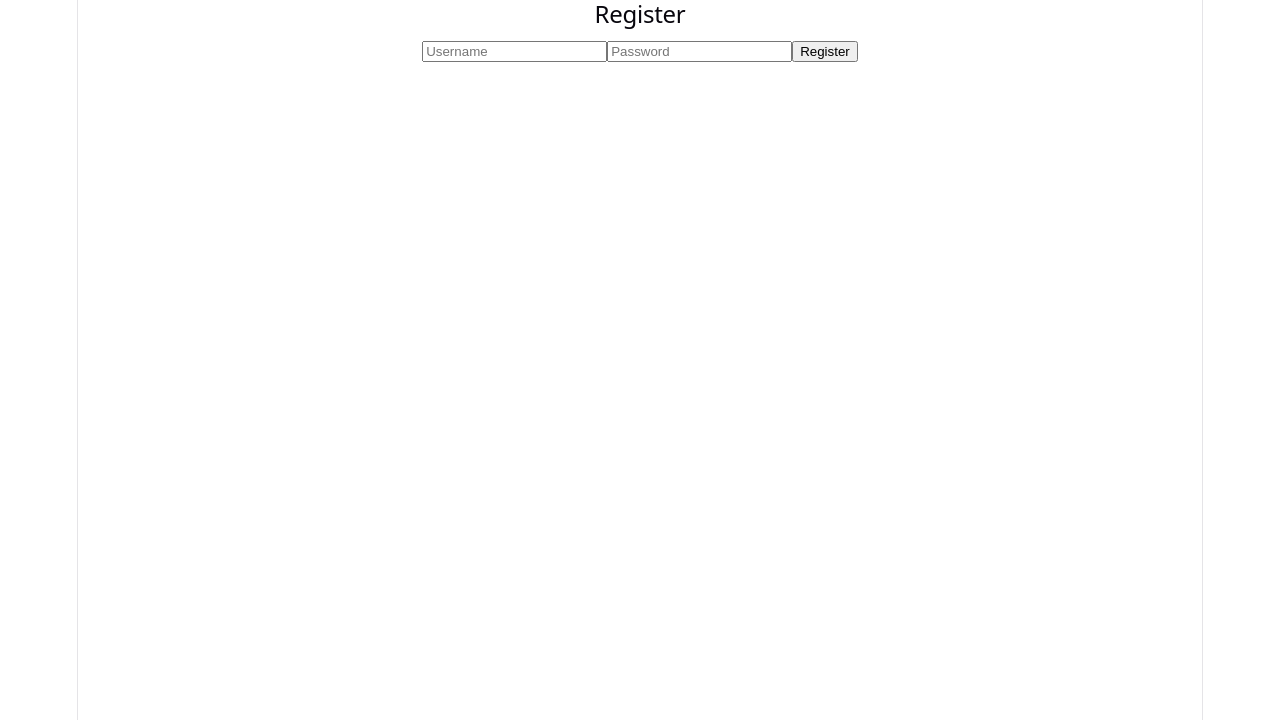
Repository: Abhiraju-RK/Business-full
Page: / (app in frondend/)
These files come from the project's save history. The page is drawn as it stood at one moment and after the next save; the edit follows.
The browser window is 1280 px wide. The pictures show the whole page.
The project was rebuilt for these pictures with package versions that can differ from the ones it lists, and the page was loaded fresh each time. Also part of the build but not shown: frondend/vite.config.js, frondend/src/api/axios.js, frondend/src/pages/Dashboard.jsx, frondend/src/pages/Assets.jsx, frondend/src/pages/Login.jsx, frondend/src/pages/chatpage.jsx.

Above is the page before, as saved 2026-04-05 13:32:11.

### frondend/index.html
<!doctype html>
<html lang="en">
  <head>
    <meta charset="UTF-8" />
    <link rel="icon" type="image/svg+xml" href="/favicon.svg" />
    <meta name="viewport" content="width=device-width, initial-scale=1.0" />
    <title>frondend</title>
  </head>
  <body>
    <div id="root"></div>
    <script type="module" src="/src/main.jsx"></script>
  </body>
</html>

### frondend/src/index.css
:root {
  --text: #6b6375;
  --text-h: #08060d;
  --bg: #fff;
  --border: #e5e4e7;
  --code-bg: #f4f3ec;
  --accent: #aa3bff;
  --accent-bg: rgba(170, 59, 255, 0.1);
  --accent-border: rgba(170, 59, 255, 0.5);
  --social-bg: rgba(244, 243, 236, 0.5);
  --shadow:
    rgba(0, 0, 0, 0.1) 0 10px 15px -3px, rgba(0, 0, 0, 0.05) 0 4px 6px -2px;

  --sans: system-ui, 'Segoe UI', Roboto, sans-serif;
  --heading: system-ui, 'Segoe UI', Roboto, sans-serif;
  --mono: ui-monospace, Consolas, monospace;

  font: 18px/145% var(--sans);
  letter-spacing: 0.18px;
  color-scheme: light dark;
  color: var(--text);
  background: var(--bg);
  font-synthesis: none;
  text-rendering: optimizeLegibility;
  -webkit-font-smoothing: antialiased;
  -moz-osx-font-smoothing: grayscale;

  @media (max-width: 1024px) {
    font-size: 16px;
  }
}

@media (prefers-color-scheme: dark) {
  :root {
    --text: #9ca3af;
    --text-h: #f3f4f6;
    --bg: #16171d;
    --border: #2e303a;
    --code-bg: #1f2028;
    --accent: #c084fc;
    --accent-bg: rgba(192, 132, 252, 0.15);
    --accent-border: rgba(192, 132, 252, 0.5);
    --social-bg: rgba(47, 48, 58, 0.5);
    --shadow:
      rgba(0, 0, 0, 0.4) 0 10px 15px -3px, rgba(0, 0, 0, 0.25) 0 4px 6px -2px;
  }

  #social .button-icon {
    filter: invert(1) brightness(2);
  }
}

body {
  margin: 0;
}

#root {
  width: 1126px;
  max-width: 100%;
  margin: 0 auto;
  text-align: center;
  border-inline: 1px solid var(--border);
  min-height: 100svh;
  display: flex;
  flex-direction: column;
  box-sizing: border-box;
}

h1,
h2 {
  font-family: var(--heading);
  font-weight: 500;
  color: var(--text-h);
}

h1 {
  font-size: 56px;
  letter-spacing: -1.68px;
  margin: 32px 0;
  @media (max-width: 1024px) {
    font-size: 36px;
    margin: 20px 0;
  }
}
h2 {
  font-size: 24px;
  line-height: 118%;
  letter-spacing: -0.24px;
  margin: 0 0 8px;
  @media (max-width: 1024px) {
    font-size: 20px;
  }
}
p {
  margin: 0;
}

code,
.counter {
  font-family: var(--mono);
  display: inline-flex;
  border-radius: 4px;
  color: var(--text-h);
}

code {
  font-size: 15px;
  line-height: 135%;
  padding: 4px 8px;
  background: var(--code-bg);
}

### frondend/src/App.jsx
import { BrowserRouter, Routes, Route } from "react-router-dom";
import Dashboard from "./pages/Dashboard";
import Assets from "./pages/Assets";
import Register from "./pages/Register";
import Login from "./pages/Login";
import Chat from "./pages/chatpage";

export default function App() {
  return (
    <BrowserRouter>
      <Routes>
        <Route path="/" element={<Register />}/>
        <Route path="/login" element={<Login />} />
        <Route path="/dashboard" element={<Dashboard />} />
        <Route path="/assets" element={<Assets />} />
        <Route path="/chat" element={<Chat />} />
      </Routes>
    </BrowserRouter>
  );
}

### frondend/src/pages/Register.jsx
import { useState } from "react";
import axios from "axios";

export default function Register() {
  const [data, setData] = useState({
    username: "",
    password: ""
  });

 const register = async () => {
  try {
    await axios.post("http://127.0.0.1:8000/api/register/", data);
    alert("User created");
    window.location.href = "/login";   // 🔥 redirect
  } catch (err) {
    console.log(err);
    alert("Error");
  }
};

  return (
    <div>
      <h2>Register</h2>

      <input placeholder="Username" onChange={(e)=>setData({...data, username:e.target.value})}/>
      <input type="password" placeholder="Password" onChange={(e)=>setData({...data, password:e.target.value})}/>

      <button onClick={register}>Register</button>
    </div>
  );
}

Loaded but not shown: frondend/src/main.jsx (common file)

After the next save:
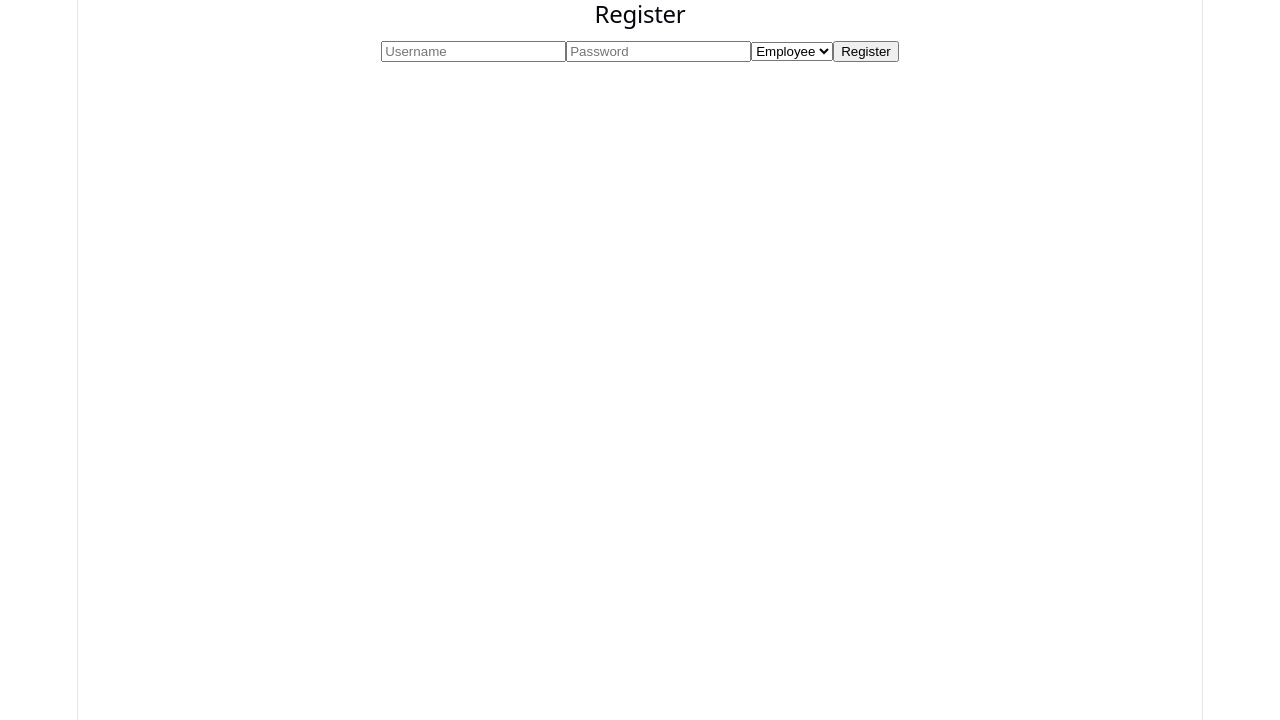
Saved 2 min 29 s later.
--- a/frondend/src/pages/Register.jsx
+++ b/frondend/src/pages/Register.jsx
@@ -25,6 +25,14 @@ export default function Register() {
       <input placeholder="Username" onChange={(e)=>setData({...data, username:e.target.value})}/>
       <input type="password" placeholder="Password" onChange={(e)=>setData({...data, password:e.target.value})}/>
 
+      <select
+  value={data.role}
+  onChange={(e) => setData({ ...data, role: e.target.value })}
+>
+  <option value="Employee">Employee</option>
+  <option value="Admin">Admin</option>
+</select>
+
       <button onClick={register}>Register</button>
     </div>
   );
